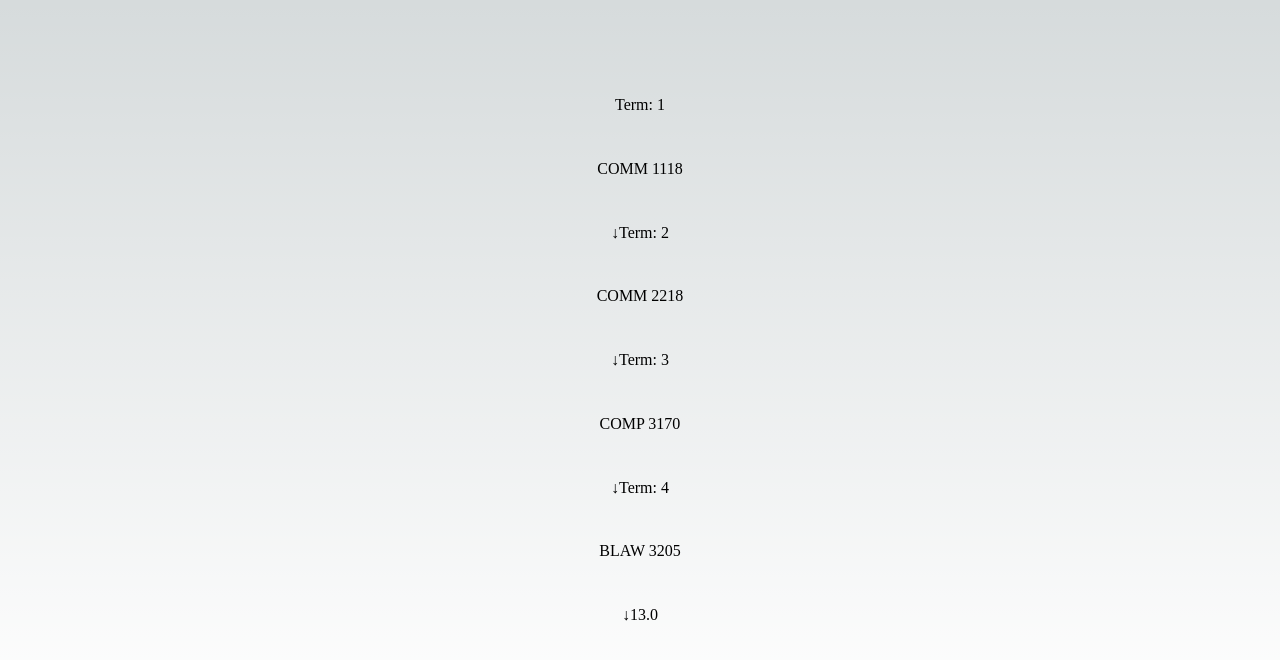
Repository: juliet-jskim/environmental-variable-accordion-inclass-example
Page: /
These files come from the project's save history. The page is drawn as it stood at one moment and after the next save; the edit follows.
The browser window is 1280 px wide. The pictures show the whole page.
The project was rebuilt for these pictures with package versions that can differ from the ones it lists, and the page was loaded fresh each time. The framework's server and built-in components were replaced by stand-ins that run in the browser. Also part of the build but not shown: next.config.js.

Above is the page before, as saved 2023-03-27 10:03:30.

After the next save:
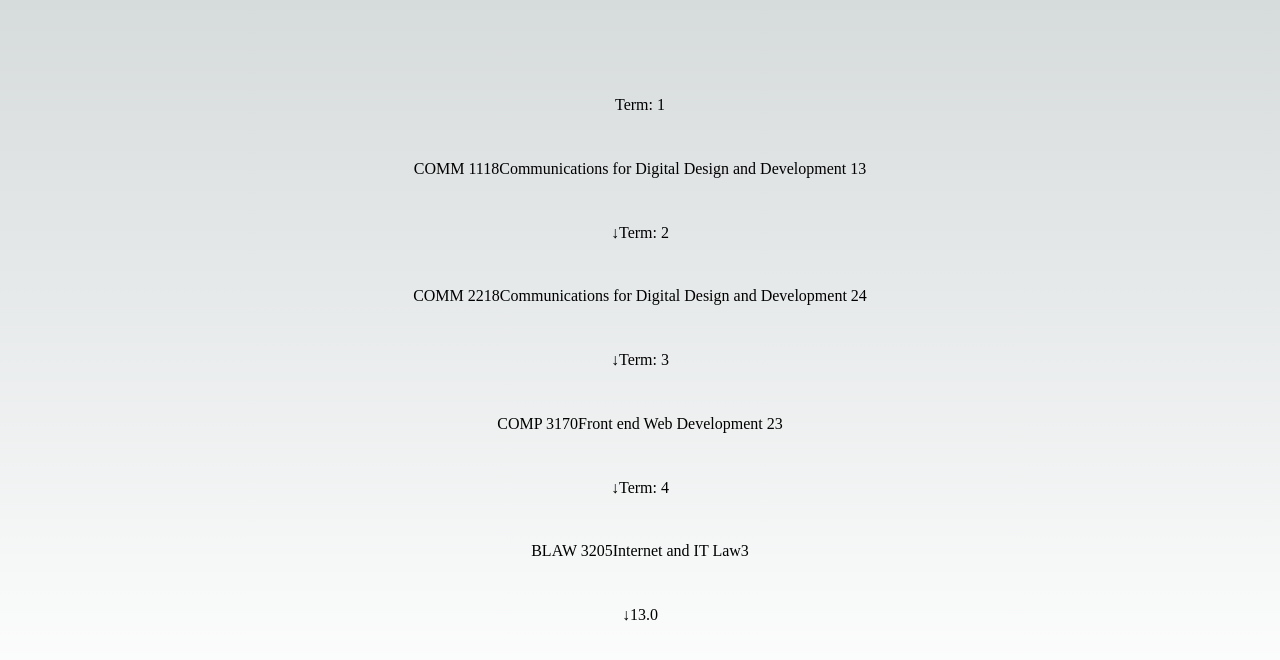
Saved 23 s later.
--- a/pages/index.js
+++ b/pages/index.js
@@ -33,7 +33,7 @@ export default function Home() {
         {
           data && data.map((info, index) => {
             return (
-              <Accordion key={index} term={info.term} code={info.code} />
+              <Accordion key={index} term={info.term} code={info.code} title={info.title} credits={info.credits}/>
             )
           })
         }
